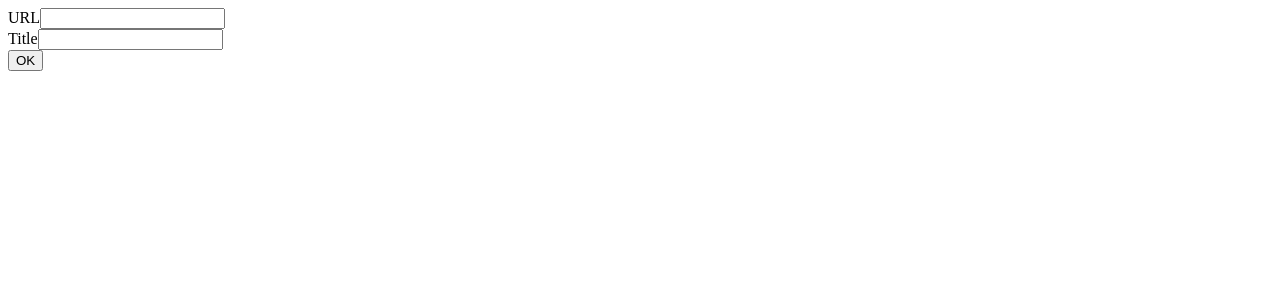
Repository: brunodamo/Web
Page: http://localhost/Projeto_JSTL/
These files come from the project's save history. The page is drawn as it stood at one moment and after the next save; the edit follows.
The browser window is 1280 px wide. The pictures show the whole page.
The page is served by Tomcat 9.

Above is the page before, as saved 2015-08-26 23:35:17.

After the next save:
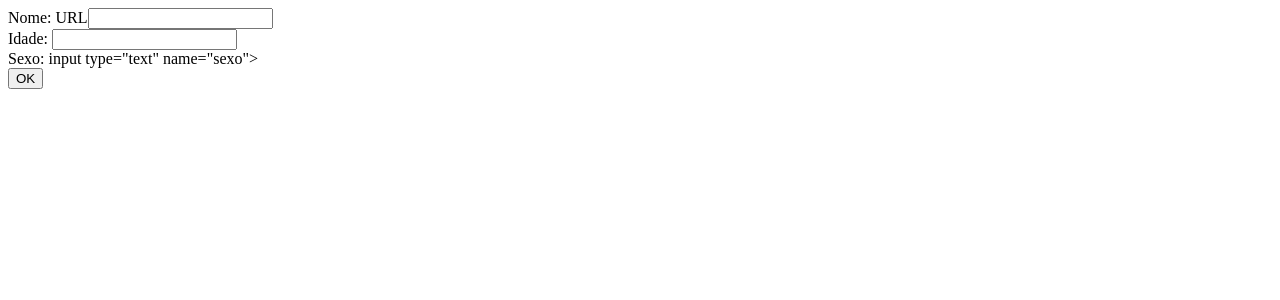
Saved 3 min 40 s later.
--- a/Projeto JSTL/WebContent/index.jsp
+++ b/Projeto JSTL/WebContent/index.jsp
@@ -4,13 +4,14 @@
 <html>
 <head>
 <meta http-equiv="Content-Type" content="text/html; charset=ISO-8859-1">
-<title>Pagina Inicial</title>
+<title>Pagina Cadastro</title>
 </head>
 <body>
 
 	<form action="midlet" method="get">
-		URL<input type="text" name="url"><br/>
-		Title<input type="text" name="title"><br/>
+		Nome: URL<input type="text" name="nome"><br/>
+		Idade: <input type="text" name="idade"><br/>
+		Sexo: input type="text" name="sexo"><br/>
 		<input type="submit" value="OK"><br/>
 	</form>
 
